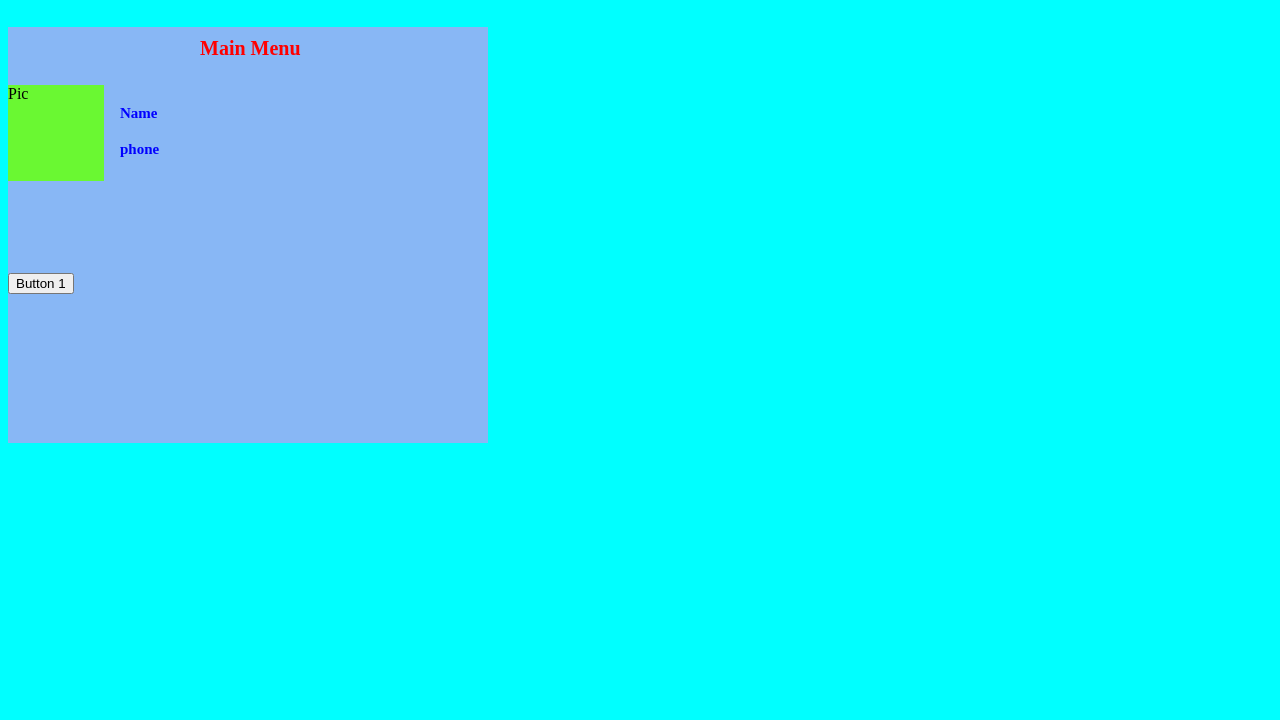
Repository: Amani-Kibet/express-app-web
Page: pages/contents/mainMenu.html
These files come from the project's save history. The page is drawn as it stood at one moment and after the next save; the edit follows.
The browser window is 1280 px wide. The pictures show the whole page.

Above is the page before, as saved 2025-09-28 16:36:49.

After the next save:
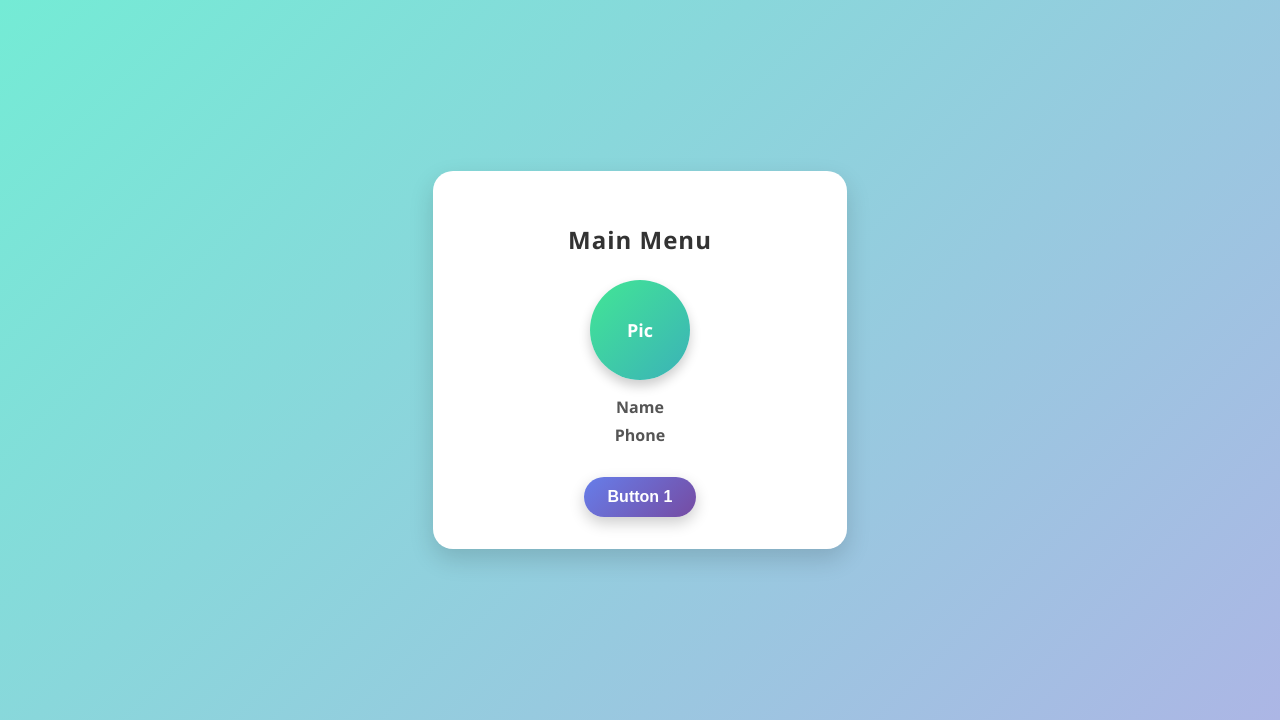
Saved 99 s later.
--- a/pages/contents/mainMenu.html
+++ b/pages/contents/mainMenu.html
@@ -1,54 +1,101 @@
 <!DOCTYPE html>
+<html lang="en">
 <head>
-    <title>Main Menu</title>
-    <style>
-        #container{
-            background-color: rgb(136, 183, 245);
-            width: 30rem;
-            height: 26rem;
-        }
-        #title{
-            position: relative;
-            width: 10rem;
-            height: 2rem;
-            top: 10px;
-            left: 12rem;
-            font-size: 20px;
-            color: red;
-        }
-        #pic{
-            width: 6rem;
-            height: 6rem;
-            background-color: rgb(106, 248, 50);
-        }
-        .labels{
-            font-size: 15px;
-            width: 4rem;
-            height: 1rem;
-            color: blue;
-            position: relative;
-            left: 7rem;
-            bottom: 6rem;
-        }
+  <meta charset="UTF-8">
+  <meta name="viewport" content="width=device-width, initial-scale=1.0">
+  <title>Main Menu</title>
+  <style>
+    body {
+      margin: 0;
+      height: 100vh;
+      display: flex;
+      align-items: center;
+      justify-content: center;
+      background: linear-gradient(135deg, #74ebd5, #ACB6E5);
+      font-family: "Segoe UI", sans-serif;
+    }
 
-    </style>
-    </head>
-    <body bgcolor="cyan">
-        <div id="container">
-            <h4 id="title"> Main Menu</h4>
-            <div id="pic">Pic</div>
-            <h4 class="labels">Name</h4>
-            <h4 class="labels">phone</h4>
-            <button id="bt1" onclick="f1()">Button 1</button>
-        </div>
-    </body>
-    <script>
-        function f1(){
-        fetch("path5",{
-            method: "POST",
-            headers: {"Content-Type":"application/json"},
-            body: JSON.stringify({})
-          })
-        }
-    </script>
-    </html>
+    #container {
+      background: #fff;
+      width: 350px;
+      padding: 2rem;
+      border-radius: 20px;
+      box-shadow: 0 10px 25px rgba(0,0,0,0.15);
+      text-align: center;
+      animation: fadeIn 0.6s ease-in-out;
+    }
+
+    #title {
+      font-size: 24px;
+      color: #333;
+      margin-bottom: 1.5rem;
+      font-weight: bold;
+      letter-spacing: 1px;
+    }
+
+    #pic {
+      width: 100px;
+      height: 100px;
+      margin: 0 auto 1rem;
+      border-radius: 50%;
+      background: linear-gradient(135deg, #42e695, #3bb2b8);
+      display: flex;
+      align-items: center;
+      justify-content: center;
+      color: #fff;
+      font-size: 18px;
+      font-weight: bold;
+      box-shadow: 0 6px 12px rgba(0,0,0,0.2);
+    }
+
+    .labels {
+      font-size: 16px;
+      color: #555;
+      margin: 0.4rem 0;
+    }
+
+    button {
+      margin-top: 1.5rem;
+      padding: 0.7rem 1.5rem;
+      background: linear-gradient(135deg, #667eea, #764ba2);
+      color: #fff;
+      font-size: 16px;
+      font-weight: bold;
+      border: none;
+      border-radius: 30px;
+      cursor: pointer;
+      box-shadow: 0 6px 15px rgba(0,0,0,0.2);
+      transition: transform 0.2s ease, box-shadow 0.2s ease;
+    }
+
+    button:hover {
+      transform: translateY(-3px);
+      box-shadow: 0 10px 20px rgba(0,0,0,0.25);
+    }
+
+    @keyframes fadeIn {
+      from { opacity: 0; transform: translateY(20px); }
+      to { opacity: 1; transform: translateY(0); }
+    }
+  </style>
+</head>
+<body>
+  <div id="container">
+    <h2 id="title">Main Menu</h2>
+    <div id="pic">Pic</div>
+    <h4 class="labels">Name</h4>
+    <h4 class="labels">Phone</h4>
+    <button onclick="f1()">Button 1</button>
+  </div>
+
+  <script>
+    function f1() {
+      fetch("path5", {
+        method: "POST",
+        headers: {"Content-Type":"application/json"},
+        body: JSON.stringify({})
+      })
+    }
+  </script>
+</body>
+</html>
